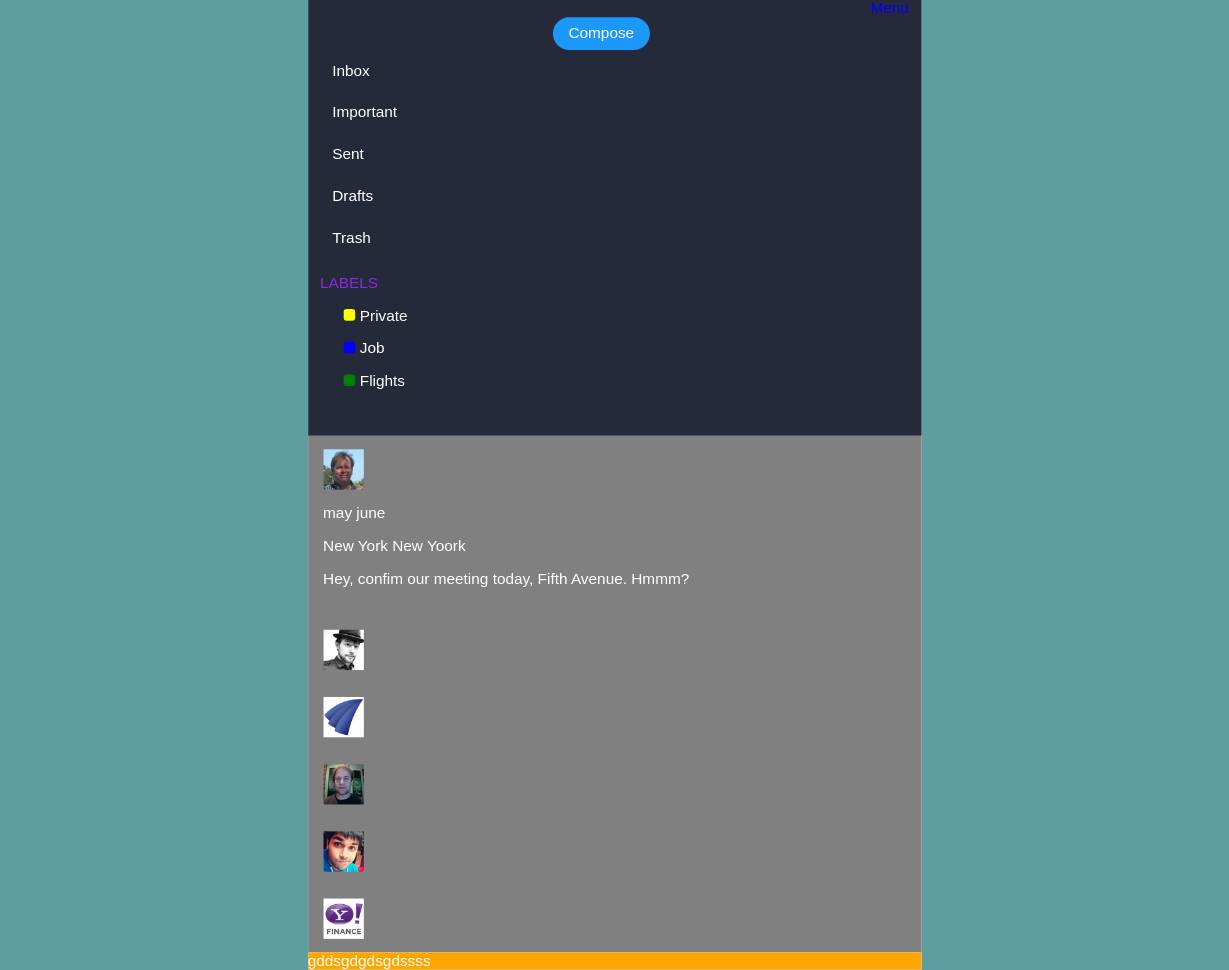
Repository: Gumiin/studia
Page: lesson4/index.html
An editor plug-in stored every save of this project. The page is shown before and after the next save, followed by the edit.
The browser window is 1280 px wide. The pictures show the whole page, at 96% of full size.

Above is the page before, as saved 2021-04-21 18:06:27.

After the next save:
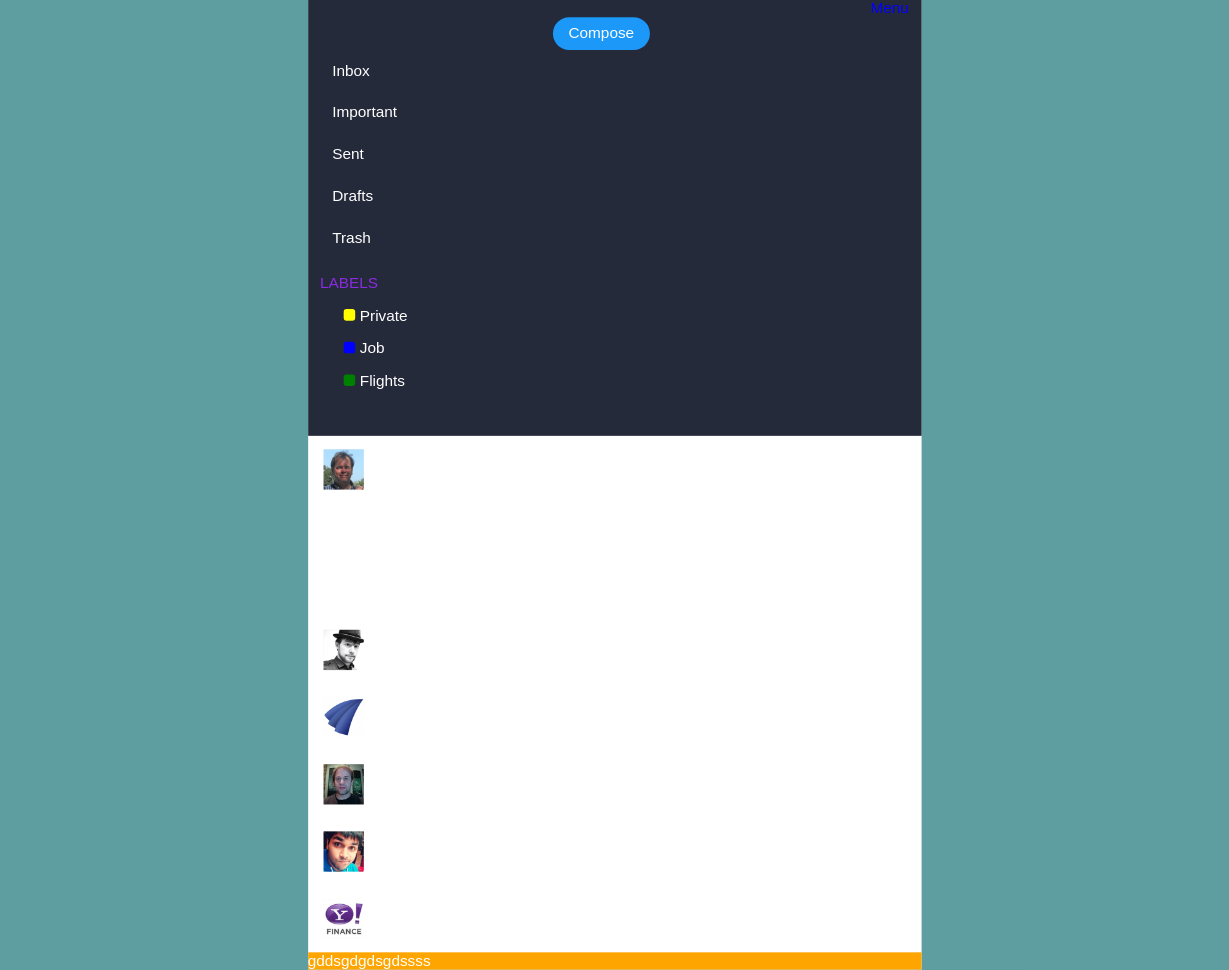
Saved 16 s later.
--- a/lesson4/style.css
+++ b/lesson4/style.css
@@ -61,7 +61,6 @@ main{
 }
 #mails{
     grid-template-areas:list;
-    background:grey;
     display: grid;
     grid-template-areas:mails;
     grid-template-rows: auto;
